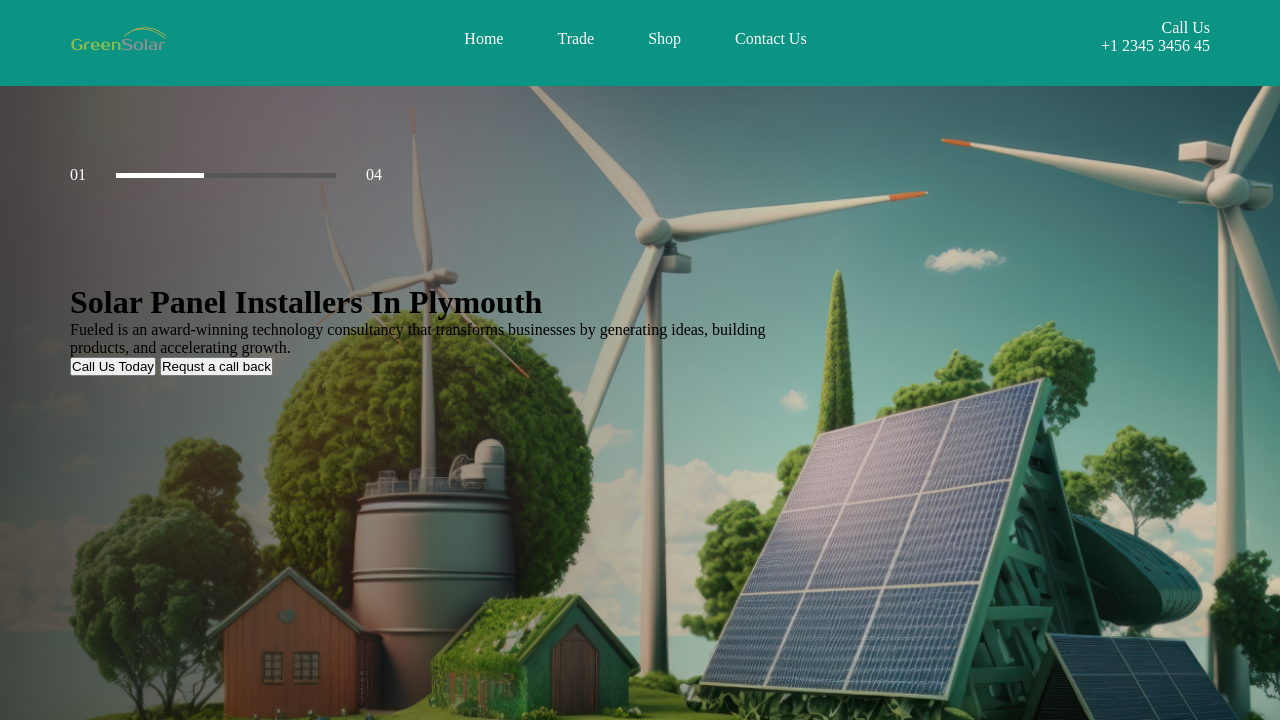
Repository: zeinawady/Solar-Company-Template
Page: index.html
These files come from the project's save history. The page is drawn as it stood at one moment and after the next save; the edit follows.
The browser window is 1280 px wide. The pictures show the whole page.

Above is the page before, as saved 2024-09-17 17:11:27.

### index.html
<!DOCTYPE html>
<html lang="en">

<head>
    <meta charset="UTF-8">
    <meta name="viewport" content="width=device-width, initial-scale=1.0">
    <title>Solar Company</title>
    <link rel="stylesheet" href="css/style.css">
    <link rel="stylesheet" href="css/all.min.css">
</head>

<body>
    <!-- start header -->
    <header>
        <div class="container">
            <img src="images/Logo.png" width="100" alt="logo" class="logo">
            <nav>
                <ul class="nav-links">
                    <li><a href="#">Home</a></li>
                    <li><a href="#">Trade</a></li>
                    <li><a href="#">Shop</a></li>
                    <li><a href="#">Contact Us</a></li>
                </ul>
            </nav>
            <div class="nav-info">
                <div>Call Us</div>
                <div>+1 2345 3456 45</div>

            </div>
            <div class="burger">
                <i class="fas fa-bars"></i>
                <ul class="navHover">
                    <li><a href="#">Home</a></li>
                    <li><a href="#">Trade</a></li>
                    <li><a href="#">Shop</a></li>
                    <li><a href="#">Contact Us</a></li>
                </ul>

            </div>
        </div>
    </header>

    <!-- end header -->

    <!-- start landing -->
    <div class="landing">
        <div class="container">
            <div class="progress-container">
                <span>01</span>
                <progress value="40" max="100"></progress>
                <span>04</span>
            </div>
            <div class="landing-text">
                <h1 class="main-text">Solar Panel Installers In Plymouth</h1>
                <div class="sub-text">
                    Fueled is an award-winning technology consultancy that transforms businesses by generating ideas,
                    building products, and accelerating growth.
                </div>

                <div class="btn-container">
                    <button class="btn">Call Us Today</button>
                    <button class="btn yellow-bt">Requst a call back</button>
                </div>
            </div>
        </div>
    </div>
    <!-- end landing -->

</body>

</html>

### css/style.css
*{
    margin: 0;
    padding: 0;
    box-sizing: border-box;
}
html{
    scroll-behavior: smooth;
}
.container{
    padding-left: 15px;
    padding-right: 15px;
    margin: 0 auto;
    max-width: 1170px; /* Set a maximum width */
    width: 100%;
}
ul{
    list-style: none;
}
a{
    text-decoration: none;
}
:root{
    --main-color: hsla(173, 86%, 31%, 1);
    --secondary-color:hsla(42, 100%, 55%, 1);
    --font-color: hsla(221, 43%, 11%, 1);

}
@media (min-width:768px) {
    .container {
        width: 750px;
    }

}

@media (min-width:992px) {
    .container {
        width: 970px;
    }
}

@media (min-width:1200px) {
    .container {
        width: 1170px;
    }
}

/* start header */
header{
    background-color: var(--main-color);
height: 86px;
}
header .container{
    display: flex;
    justify-content: space-between;
    align-items: center;

}
.nav-links li{
    display: inline-block;
    padding: 30px 25px;

}
.nav-links li a{
    color: hsla(0, 0%, 100%, 1);
    transition: all 0.3s ease 0s;
}
.nav-info{
    color: hsla(0, 0%, 100%, 1);
padding-bottom: 5px;
display: flex;
flex-direction: column;
align-items: flex-end;
}
.burger{
    display: none;
    color: hsla(0, 0%, 100%, 1) ;
    font-size: 30px;
    cursor: pointer;
    position: relative;
}

@media (max-width:768px){
    .burger{
        display: block;
        padding-top: 24px;
        position: relative;
        z-index: 10;
    }
    .navHover , .nav-links {
        display: none;
    }
    .nav-info{
        display: none;
    }
    .burger:hover .navHover{
        display: block;
        position: absolute;
        top: 86px;
        right: 15px;
        background-color:rgb(255, 250, 244);
        z-index: 99;
        border-radius: 15px;
        padding: 20px;
        box-shadow: 0 4px 8px rgba(0, 0, 0, 0.1);
    }
}

/* end header */

/* start landing */

.landing{
    background-image: url(../images/solar-panels-meadow\ 1.png);
    background-size: cover;
    height: calc(100vh - 86px);
}
.landing .container{
    padding-top: 80px;

}
.progress-container{
    display: flex;
    align-items: center;
    padding-bottom: 100px;
}
.progress-container span{
    color: white;
font-weight: 500;


}
.progress-container span:first-child{
padding-right:30px;

}
.progress-container span:last-child{
    padding-left: 30px;
}
.progress-container progress{
   width: 220px;
   height: 5px;
   appearance: none;
}
progress::-webkit-progress-bar {
    background-color:hsla(0, 0%, 34%, 1);
}
progress::-webkit-progress-value {
    background-color:hsla(0, 0%, 100%, 1);
}

.landing-text{
    max-width: 729px;
}
h1{

}
/* end landing */

Loaded but not shown: css/all.min.css (library)

After the next save:
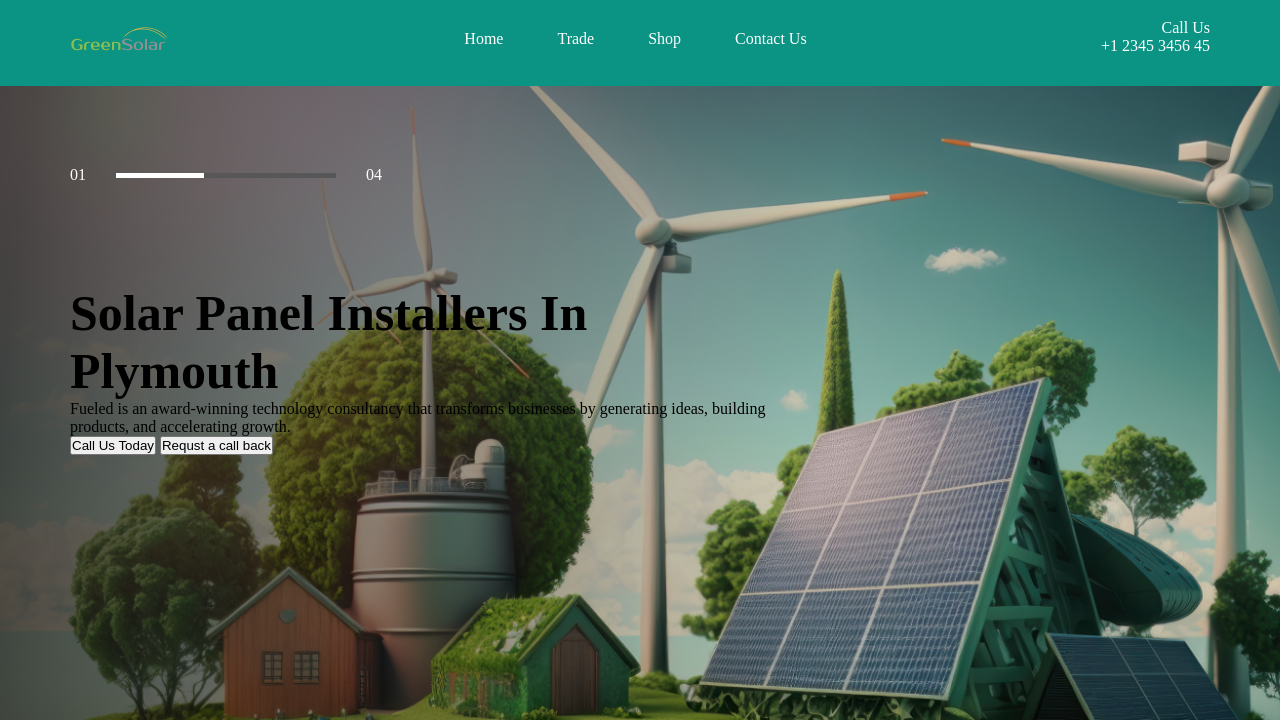
Saved 4 s later.
--- a/css/style.css
+++ b/css/style.css
@@ -152,6 +152,6 @@ progress::-webkit-progress-value {
     max-width: 729px;
 }
 h1{
-
+    font-size: 50px;
 }
 /* end landing */
